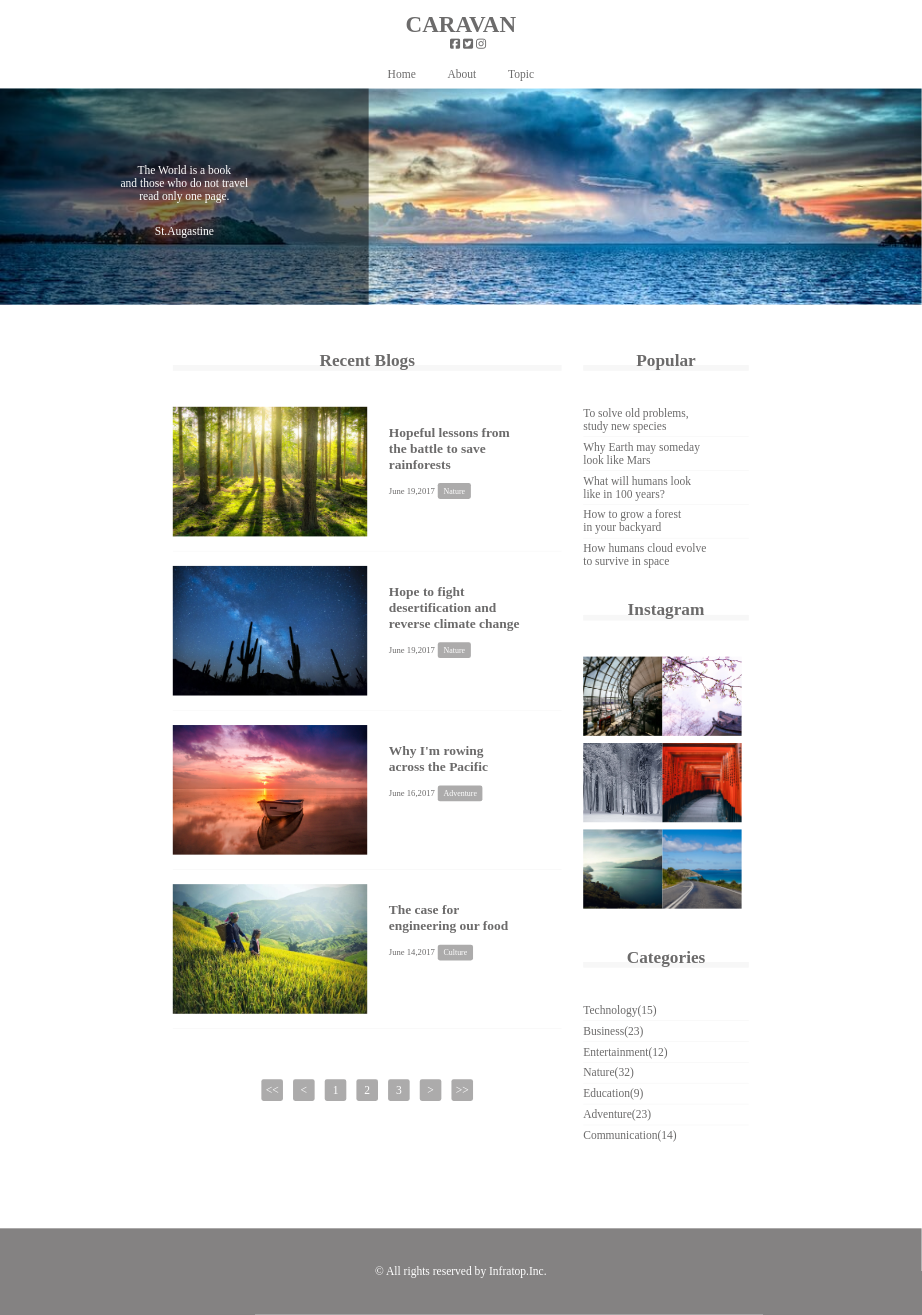
Repository: tnprongr/HTML-CSS
Page: caravan/index.html
The author's editor kept a record of every edit. The page is drawn from the files as they stood at one moment, then again after the next edit.
The browser window is 1280 px wide. The pictures show the whole page, at 72% of full size.
Some web libraries are served in a nearby version.

Above is the page before.

### caravan/index.html
<!DOCTYPE html>
<html lang="ja">
  <head>
    <meta charset="UTF-8" />
    <meta name="viewport" content="width=device-width,initial-scale=1.0">

    <script src="https://kit.fontawesome.com/7cae1128b7.js" crossorigin="anonymous"></script>
    <link rel="stylesheet" href="style.css"  />
    <title>CARAVAN</title>
  </head>

  <body>
    <header>
      <h1 class="heading">
        <a href="index.html">
          CARAVAN
        </a>
      </h1>

      <div class="social">
        <i class="fab fa-facebook-square"></i>
        <i class="fab fa-twitter-square"></i>
        <i class="fab fa-instagram"></i>
      </div>

    </header>

 <nav>
   <ul class="nav-list">
     <li class="nav-list-item">
       <a href="index.html">Home</a>
     </li>
     <li class="nav-list-item">About</li>
     <li class="nav-list-item">Topic</li>
   </ul>
 </nav>

    <div class="main-visual">
      <div class="main-visual-content">
        <p class="main-visual-text">
          The World is a book<br />
          and those who do not travel<br />
          read only one page.
        </p>
        <p class="main-visual-name">
          St.Augastine
        </p>
      </div>
    </div>

    <main>
      <section class="blog">
        <h2 class="blog-heading">Recent Blogs</h2>

      <div class="blog-box">
        <div class="blog-item">
          <img class="blog-image" src="img/forest.jpg" />
          <section class="blog-text">
            <h3 class="blog-text-heading">
              <a href="single.html">
               Hopeful lessons from<br>
               the battle to save<br>
               rainforests
              </a>
            </h3>
            <p class="blog-date">June 19,2017</p>
            <span class="category">Nature</span>
          </section>
        </div>

         <div class="blog-item">
          <img class="blog-image" src="img/desert.jpg" />
          <section class="blog-text">
            <h3 class="blog-text-heading">
              <a href="single.html">
               Hope to  fight<br>
               desertification and<br>
               reverse climate change
              </a>
            </h3>
            <p class="blog-date">June 19,2017</p>
            <span class="category">Nature</span>
          </section>
        </div>

        <div class="blog-item">
          <img class="blog-image" src="img/sunset.jpg" />
          <section class="blog-text">
            <h3 class="blog-text-heading">
              <a href="single.html">
               Why I'm rowing<br>
               across the Pacific<br>
              </a>
            </h3>
            <p class="blog-date">June 16,2017</p>
            <span class="category">Adventure</span>
          </section>
        </div>

         <div class="blog-item">
          <img class="blog-image" src="img/asia.jpg" />
          <section class="blog-text">
            <h3 class="blog-text-heading">
              <a href="single.html">
               The case for<br>
               engineering our food
              </a>
            </h3>
            <p class="blog-date">June 14,2017</p>
            <span class="category">Culture</span>
          </section>
        </div>
      </div>
      <div class="pagination">
        <p><<</p>
        <p><</p>
        <p>1</p>
        <p>2</p>
        <p>3</p>
        <p>></p>
        <p>>></p>
      </div>
    </section>

    <div class="sideber">
      <section class="sidebar">
        <h2 class="popular-heading common-heading">Popular</h2>
        <div class="sidebar-contents">
          <p class="popular-text">To solve old problems,<br>study new species</p>
          <p class="popular-text">Why Earth may someday<br>look like Mars</p>
          <p class="popular-text">What will humans look<br>like in 100 years?</p>
          <p class="popular-text">How to grow a forest<br>in your backyard</p>
          <p class="popular-text">How humans cloud evolve<br>to survive in space</p>
        </div>
      </section>

      <section class="instagram">
        <h2 class="instagram-heading common-heading">Instagram</h2>
        <div class="sidebar-contents">
          <div class="instagram-box"></div>
          <div class="instagram-box"></div>
          <div class="instagram-box"></div>
          <div class="instagram-box"></div>
          <div class="instagram-box"></div>
          <div class="instagram-box"></div>
        </div>
      </section>

      <section class="categories">
        <h2 class="categories-heading common-heading">Categories</h2>
        <div class="sidebar-contents">
          <p class="categories-text">Technology(15)</p>
          <p class="categories-text">Business(23)</p>
          <p class="categories-text">Entertainment(12)</p>
          <p class="categories-text">Nature(32)</p>
          <p class="categories-text">Education(9)</p>
          <p class="categories-text">Adventure(23)</p>
          <p class="categories-text">Communication(14)</p>
        </div>
      </section>
    </div>

    </main>

    <footer>
      <p class="footer-text">© All rights reserved by Infratop.Inc.</p>
    </footer>

  </body>
</html>

### caravan/style.css
* {
  margin: 0px;
  padding: 0px;
  box-sizing: border-box;
  color: #6c6b6b;
}

a {
  text-decoration: none;
}

header{
  width: 90%;
  padding:15px 0;
  margin:0 auto;
  text-align: center;
  position: relative;
}

.social {
  display: inline-block;
  margin-left: 20px;
}

header .heading{
  font-size: 32px;
}

.nav-list {
  text-align: center;
  padding: 10px 0;
  margin: 0 auto;
}

.nav-list-item{
  list-style: none;
  display:inline-block;
  margin:0 20px;
}

.main-visual {
  width: 100%;
  height: 300px;
  background-image: url(img/mv.jpg);
  background-size:cover;
  background-position: center;
}

.main-visual-content {
  width: 40%;
  height: 300px;
  background-color: rgba(0,0,0,0.5) ;
  text-align: center;
  padding-top: 105px;
}

.main-visual-text {
  color:#fff;
}

.main-visual-name {
  margin-top: 30px;
  color:#fff;
}

main{
  width: 800px;
  display: flex;
  justify-content:center;
  margin:0 auto;
  padding:70px 0;
}

.blog {
  width: 540px;
  margin-right: 30px;
}

.blog-heading {
  border-bottom: 8px solid #f7f7f7;
  text-align: center;
  line-height: 0.6;
}

.blog-box {
  padding-top: 50px
}

.blog-item {
  padding-bottom: 20px;
  margin-bottom: 20px;
  border-bottom: 1px solid #f7f7f7;
  display: flex;
  justify-content: flex-start;
}

.blog-image {
  height: 180px;
}

.blog-text {
  padding:25px 0 0 30px;
}

.blog-text-heading {
  padding-bottom:15px;
}

.blog-date {
  font-size:12px;
  display: inline-block;
}

.category {
  display: inline-block;
  padding: 5px 8px;
  background-color: #acabab;
  border-radius:3px;
  color:#fff;
  font-size: 11px;
}

.pagination {
  text-align: center;
  padding-top: 50px;
}

.pagination p{
  display: inline-block;
  width: 30px;
  height: 30px;
  margin: 0 5px;
  color: #fff;
  background-color: #acabab;
  border-radius: 3px;
  line-height:30px;
}

.sideber{
 width: 230px;
}

.common-heading {
  border-bottom:8px solid #f7f7f7;
  text-align:center;
  line-height: 0.6;
}

.sideber-contents {
  padding:50px 0;
}

.popular-text,
.categories-text {
  padding-bottom: 5px;
  border-bottom: 1px solid #f7f7f7;
  margin-bottom: 5px;
}

.sidebar-contents {
  padding:50px 0;
}

.popular-text,
.categories-text {
  padding-bottom: 5px;
  border-bottom: 1px solid #f7f7f7;
  margin-bottom: 5px;
}

.popular-text:last-child,
.categories-text:last-child {
  margin: 0;
  padding: 0;
  border:none;
}

.instagram .sidebar-contents {
  display: flex;
  flex-wrap:wrap;
}

.instagram-box {
  width: 110px;
  padding-top: 110px;
  background-size:cover;
  background-position: center;
  margin-bottom: 10px;
}

.instagram-box:nth-child(1) {
  background-image: url(img/airport.jpg);
}

.instagram-box:nth-child(2) {
  background-image: url(img/japan.jpg);
}

.instagram-box:nth-child(3) {
  background-image: url(img/snow.jpg);
}

.instagram-box:nth-child(4) {
  background-image: url(img/japan2.jpg);
}

.instagram-box:nth-child(5) {
  background-image: url(img/lake.jpg);
}

.instagram-box:nth-child(6) {
  background-image: url(img/road.jpg);
}


footer {
  width: 100%;
  height: 120px;
  text-align: center;
  line-height: 120px;
  background-color: #848282;
}

.footer-text {
  color: #fff;
}

After the next edit:
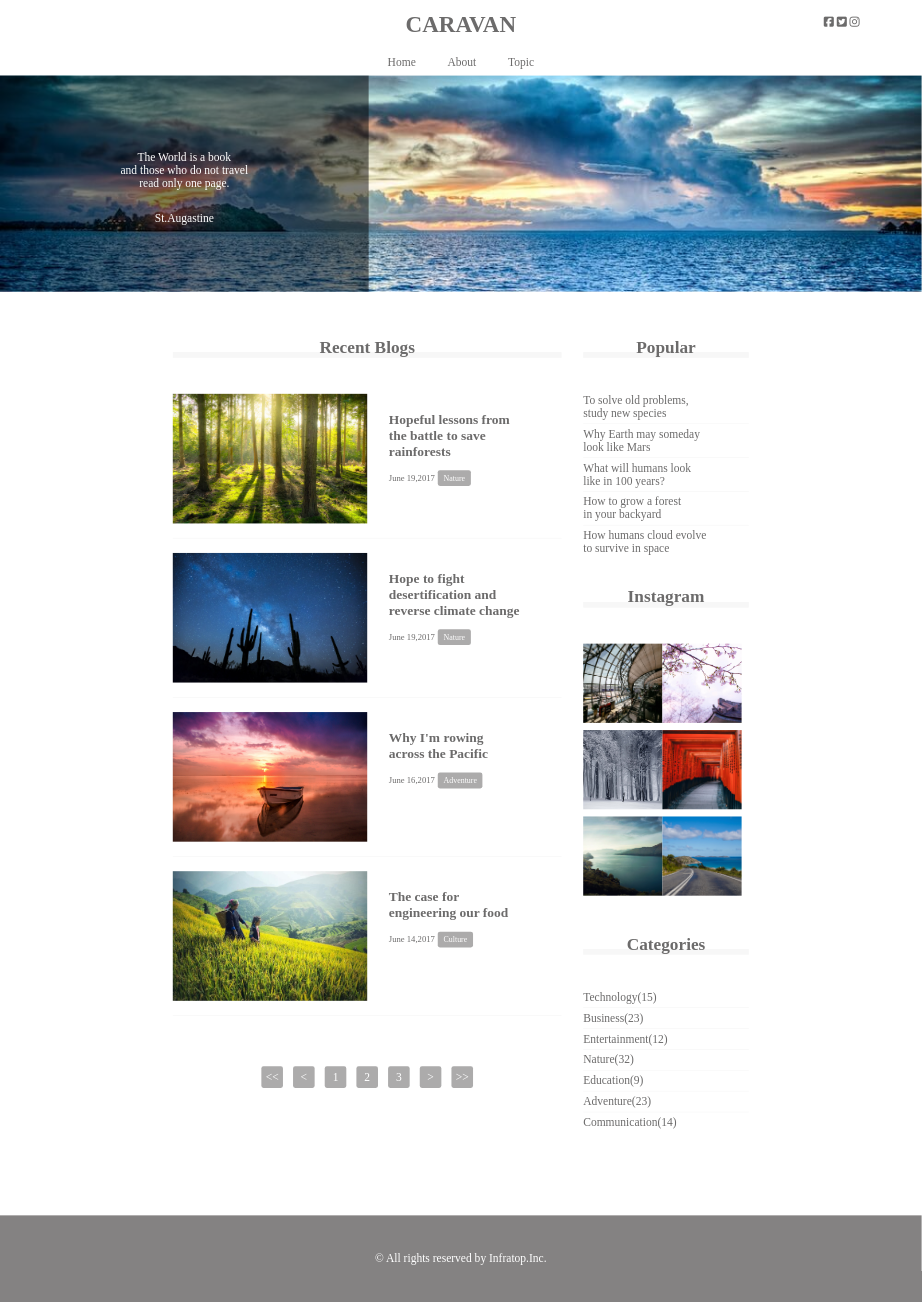
The edit:
--- a/caravan/style.css
+++ b/caravan/style.css
@@ -18,8 +18,9 @@
 }
 
 .social {
-  display: inline-block;
-  margin-left: 20px;
+  position: absolute;
+  top: 22px;
+  right: 22px;
 }
 
 header .heading{
